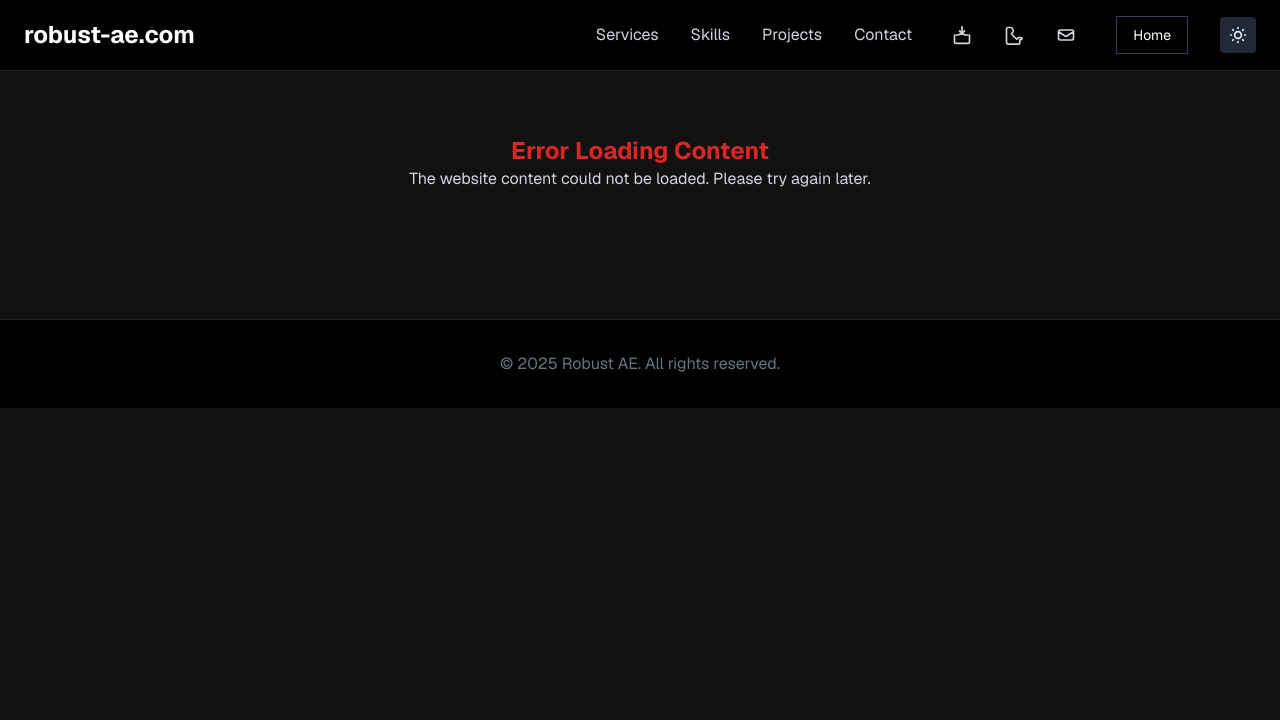
Repository: b0ase/robust-ae.com
Page: /newsite
These files come from the project's save history. The page is drawn as it stood at one moment and after the next save; the edit follows.
The browser window is 1280 px wide. The pictures show the whole page.
The page's requests for data from a server got no answer. The project was rebuilt for these pictures with package versions that can differ from the ones it lists, and the page was loaded fresh each time. The framework's server and built-in components were replaced by stand-ins that run in the browser. No one was signed in, and anything a server would have sent is missing. Also part of the build but not shown: next.config.ts, src/components/ImageUploader.tsx.

Above is the page before, as saved 2025-05-06 14:30:58.

After the next save:
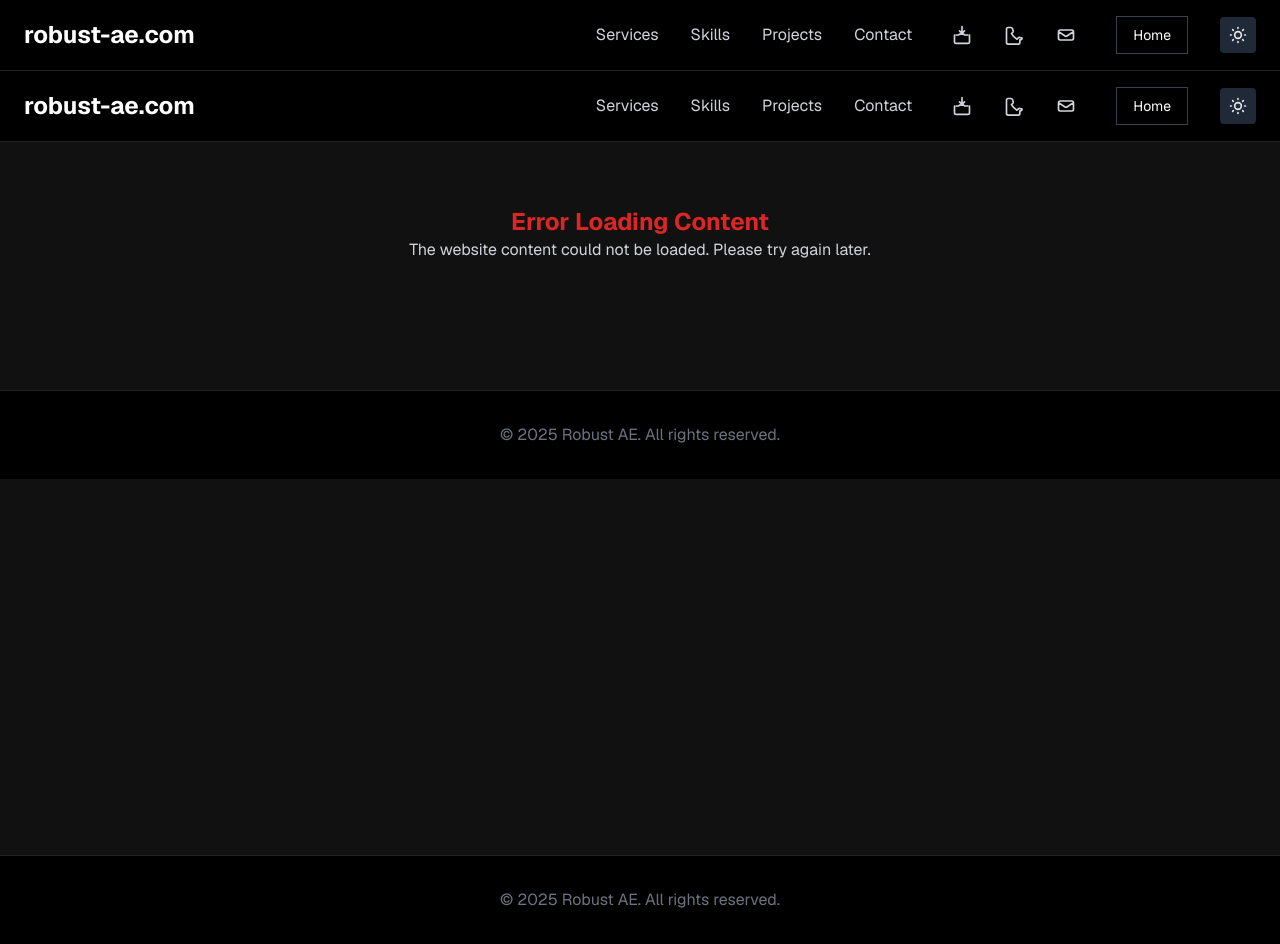
Saved 3 min 28 s later.
--- a/src/app/layout.tsx
+++ b/src/app/layout.tsx
@@ -1,6 +1,7 @@
 import type { Metadata } from "next";
 import { Geist, Geist_Mono, Roboto_Mono } from "next/font/google";
 import "./globals.css";
+import SharedLayout from './shared-layout'; // Import the SharedLayout
 // import Providers from "./providers"; // Ensure this import is removed or commented out
 
 const geistSans = Geist({
@@ -33,7 +34,10 @@
     <html lang="en">
       {/* Ensure no Provider wrapper here */}
       <body className={`${geistSans.variable} ${geistMono.variable} ${robotoMono.variable} antialiased`}>
-        {children}
+        {/* Wrap children with SharedLayout */}
+        <SharedLayout>
+          {children}
+        </SharedLayout>
       </body>
     </html>
   );

After the save that followed:
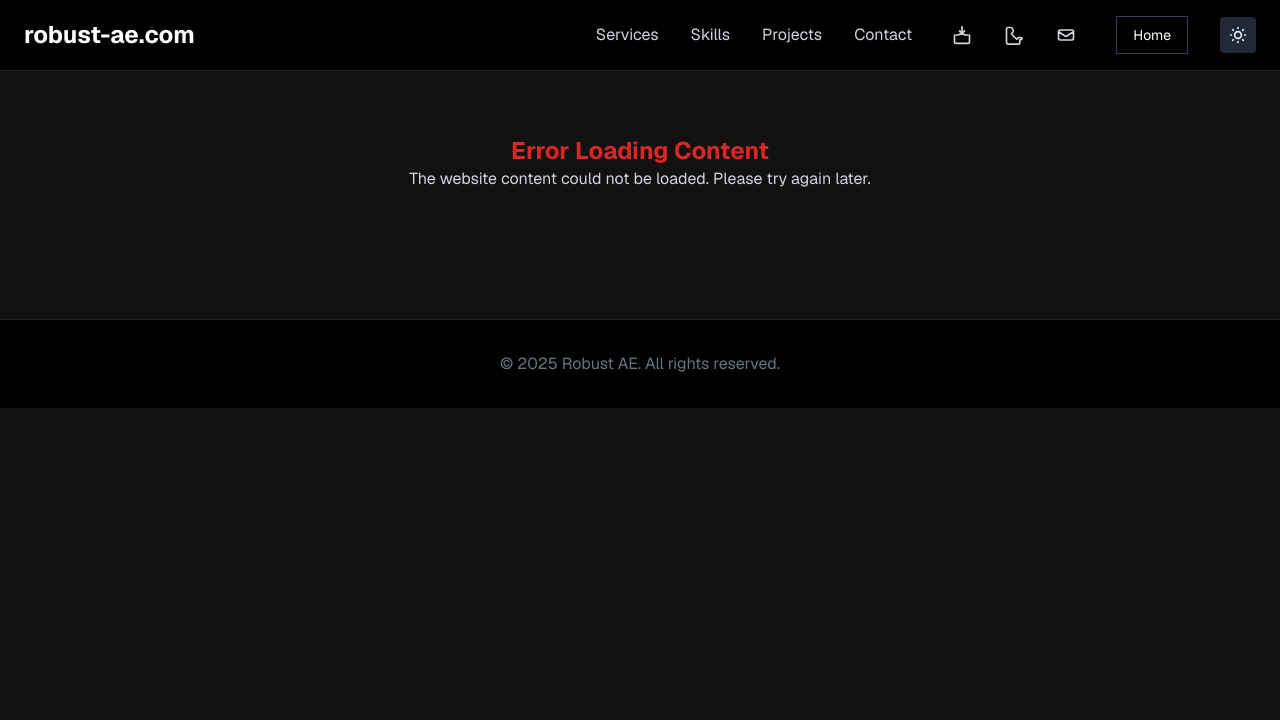
Saved 8 min 34 s later.
--- a/src/app/newsite/layout.tsx
+++ b/src/app/newsite/layout.tsx
@@ -1,5 +1,5 @@
-import SharedLayout from '../shared-layout';
+// import SharedLayout from '../shared-layout'; // Remove this import
 
 export default function NewSiteLayout({ children }: { children: React.ReactNode }) {
-  return <SharedLayout>{children}</SharedLayout>;
+  return <>{children}</>; // Render children directly
 }
